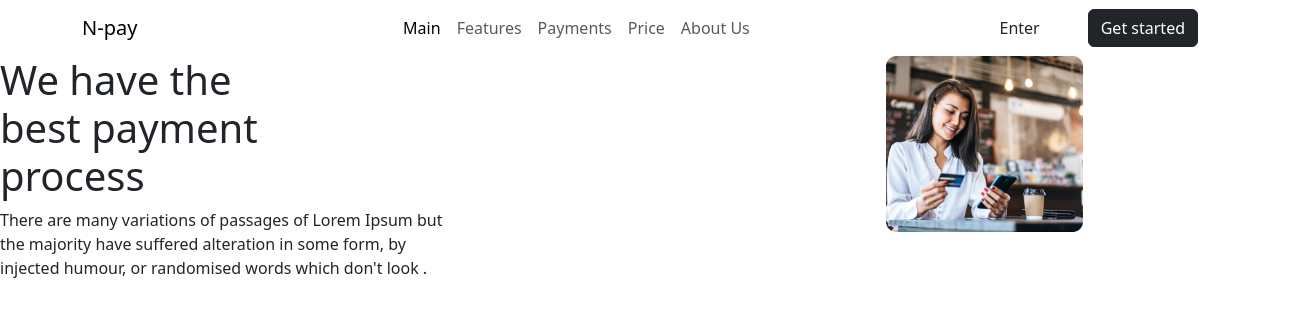
Repository: Senianga/N-pay
Page: index.html
An editor plug-in stored every save of this project. The page is shown before and after the next save, followed by the edit.
The browser window is 1280 px wide. The page is 1292 px wide, so the pictures cover 1292 px, including what lies to the right of the window. The pictures show the whole page.
The style sheet was rebuilt from its Sass, Less or Tailwind sources for each picture, by a compiler version that may differ from the author's.

Above is the page before, as saved 2023-05-01 14:51:24.

### index.html
<!doctype html>
<html lang="en">
  <head>
    <meta charset="utf-8">
    <meta name="viewport" content="width=device-width, initial-scale=1">
    <title>N-pay</title>
    <link rel="stylesheet" href="css/normalize.css">
    <link href="https://cdn.jsdelivr.net/npm/bootstrap@5.3.0-alpha3/dist/css/bootstrap.min.css" rel="stylesheet" integrity="sha384-KK94CHFLLe+nY2dmCWGMq91rCGa5gtU4mk92HdvYe+M/SXH301p5ILy+dN9+nJOZ" crossorigin="anonymous">
    <link rel="stylesheet" href="css/style.css">
  </head>
  <body>
    <header>
        <nav class="navbar navbar-expand-lg ">
            <div class="container">
              <a class="navbar-brand" href="#">N-pay</a>
              <button class="navbar-toggler" type="button" data-bs-toggle="collapse" data-bs-target="#navbarSupportedContent" aria-controls="navbarSupportedContent" aria-expanded="false" aria-label="Переключатель навигации">
                <span class="navbar-toggler-icon"></span>
              </button>
              <div class="collapse navbar-collapse" id="navbarSupportedContent">
                <ul class="navbar-nav ms-auto mb-2 mb-lg-0">
                  <li class="nav-item">
                      <a class="nav-link active" aria-current="page" href="#">Main</a>
                  </li>
                  <li class="nav-item">
                    <a class="nav-link"  href="#">Features</a>
                  </li>
                  <li class="nav-item">
                    <a class="nav-link" href="#">Payments</a>
                  </li>
                  <li class="nav-item dropdown">
                    <a class="nav-link" href="#" role="button" data-bs-toggle="dropdown" aria-expanded="false">
                      Price
                    </a>

                  </li>                 <li class="nav-item">
                    <a class="nav-link">About Us</a>
                  </li>
                </ul>
                <div class="bavbar-nav d-flex align-items-lg-center ms-auto mb-2 mb-lg-0">
                    <a class="nav-link me-5" href="#">Enter</a>
                    <button class="btn btn-dark ms-auto" type="submit">Get started</button>
                </div>
              </div>
            </div>
          </nav>
    </header>
    <main>
        <container-main class="bg-body-tertiary">
            <div class="row">
                <div class="col-mg-6 col-sm-12 d-flex">
                    <div class="content">
                        <h1 class="col-4">
                            We have the best
                            payment process
                        </h1>
                        <p class="col-6">
                            There are many variations of passages of Lorem Ipsum
                            but the majority have suffered alteration in some form, by injected humour, or randomised words which don't look .
                        </p>
                    </div>
                    <div class="img">
                        <img src="img/image.png" alt="Main picture" class="img-fluid col-md-6 col-sm-12">
                    </div>

                </div>

            </<div>

        </container-main>
    </main>




    <script src="https://cdn.jsdelivr.net/npm/bootstrap@5.3.0-alpha3/dist/js/bootstrap.bundle.min.js" integrity="sha384-ENjdO4Dr2bkBIFxQpeoTz1HIcje39Wm4jDKdf19U8gI4ddQ3GYNS7NTKfAdVQSZe" crossorigin="anonymous"></script>
  </body>
</html>
<!-- <div class="collapse navbar-collapse" id="navbarNav">
    <div class=" nav justify-content-center">
        <a class="nav-link active" aria-current="page" href="#">Main</a>
        <a class="nav-link" href="#">Featers</a>
        <a class="nav-link" href="#">Payments</a>
        <a class="nav-link" href="#">Price</a>
        <a class="nav-link" href="#">About Us</a>
    </div>
</div>
<div class="collapse navbar-collapse" id="navbarNav">
    <a class="nav-link" href="#">Enter</a>
    <button class="btn btn-outline-secondary" type="submit">Поиск</button>

</div>
</div>
</nav> -->

<!-- <div class="container">
    <nav class="navbar navbar-expand-lg bg-body-tertiary">
      <div class="container-fluid">
        <a class="navbar-brand bg-dark col-2 mb-0 h-1" href="#">N-pay</a>
            <button class="navbar-toggler" type="button" data-bs-toggle="collapse" data-bs-target="#navbarSupportedContent" aria-controls="navbarSupportedContent" aria-expanded="false" aria-label="N-pay">
                <span class="navbar-toggler-icon"></span>
            </button>
        <div class="collapse navbar-collapse bg-primary " id="navbarSupportedContent">
            <div class="navbar-nav">
                <a class="nav-link" href="#">Main</a>
                <a class="nav-link" href="#">Features</a>
                <a class="nav-link" href="#">Payments</a>
                <a class="nav-link" href="#">Price</a>
                <a class="nav-link" href="#">About Us</a>
            </div>

            <div class="nav justify-content-end bg-danger col-3">
                <a class="nav-link" href="#">Enter</a>
                <button class="btn btn-dark" type="submit">Get started</button>
            </div>
        </div>
    </nav>
  </div> -->

### style.scss
:root {
    --bg2: #F4F7FC;
}

Loaded but not shown: css/normalize.css (no stored copy; drawn as an empty file)

After the next save:
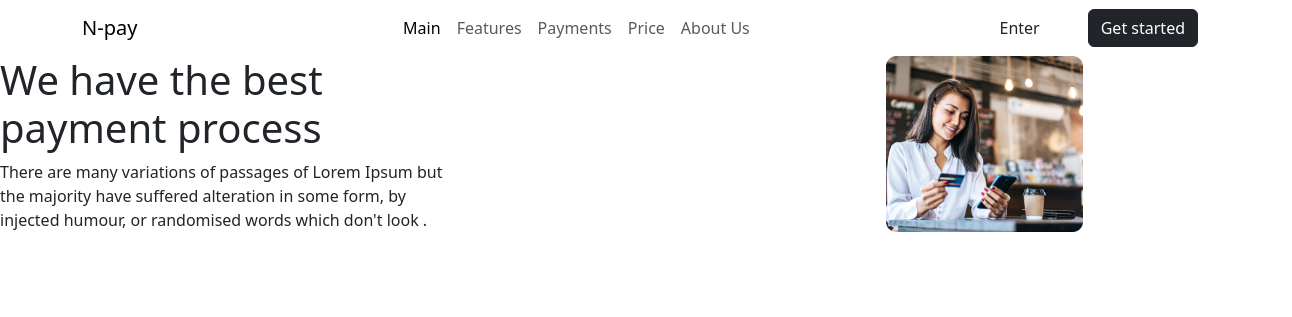
Saved 5 s later.
--- a/index.html
+++ b/index.html
@@ -49,7 +49,7 @@
             <div class="row">
                 <div class="col-mg-6 col-sm-12 d-flex">
                     <div class="content">
-                        <h1 class="col-4">
+                        <h1 class="col-5">
                             We have the best
                             payment process
                         </h1>
